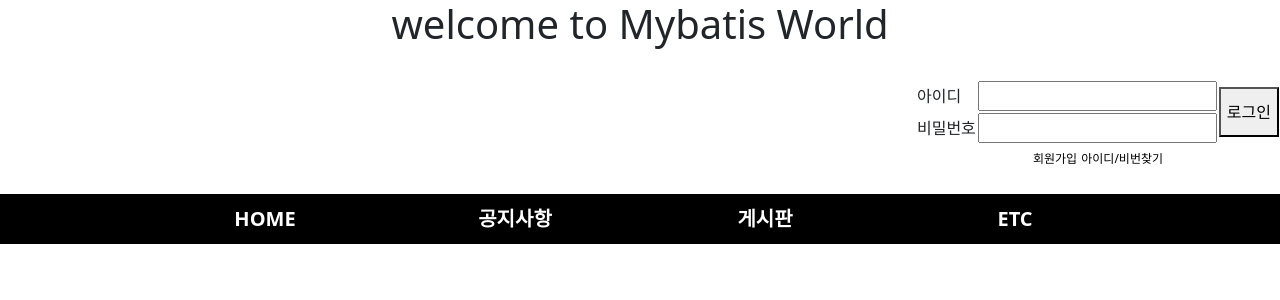
Repository: jchxnee/Juchan
Page: http://localhost/mybatisProject/
These files come from the project's save history. The page is drawn as it stood at one moment and after the next save; the edit follows.
The browser window is 1280 px wide. The pictures show the whole page.
The page is served by Tomcat 10.

Above is the page before, as saved 2025-03-06 06:30:08.

After the next save:
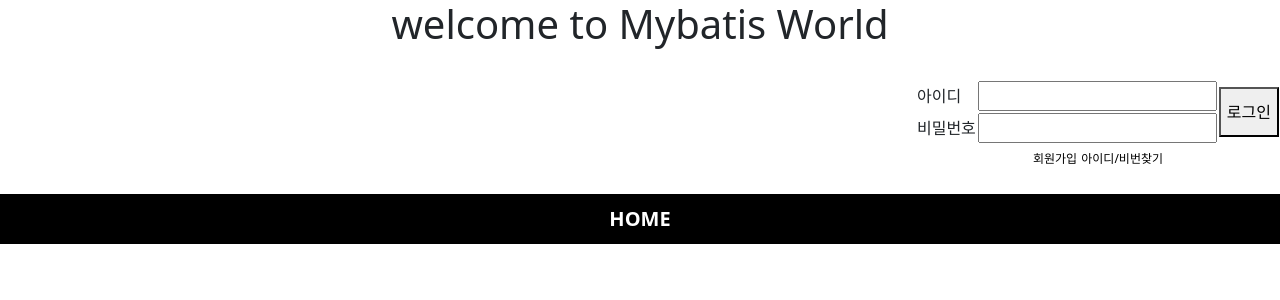
Saved 28 s later.
--- a/08_MyBatis/mybatisProject/src/main/webapp/views/common/menubar.jsp
+++ b/08_MyBatis/mybatisProject/src/main/webapp/views/common/menubar.jsp
@@ -98,7 +98,7 @@
     <br>
 
     <div class="nav-area" align="center">
-        <div class="menu">HOME</div>
+        <a><div class="menu">HOME</div></a>
         <div class="menu">공지사항</div>
         <div class="menu">게시판</div>
         <div class="menu">ETC</div>

After the save that followed:
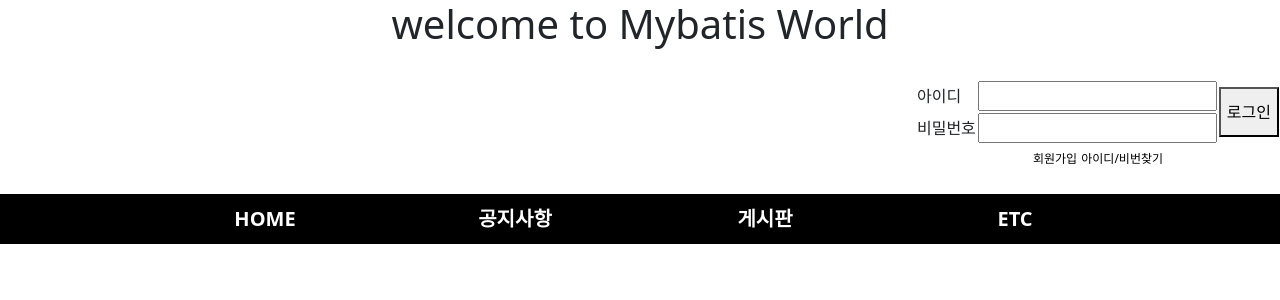
Saved 7 s later.
--- a/08_MyBatis/mybatisProject/src/main/webapp/views/common/menubar.jsp
+++ b/08_MyBatis/mybatisProject/src/main/webapp/views/common/menubar.jsp
@@ -98,7 +98,7 @@
     <br>
 
     <div class="nav-area" align="center">
-        <a><div class="menu">HOME</div></a>
+        <div class="menu">HOME</div>
         <div class="menu">공지사항</div>
         <div class="menu">게시판</div>
         <div class="menu">ETC</div>
